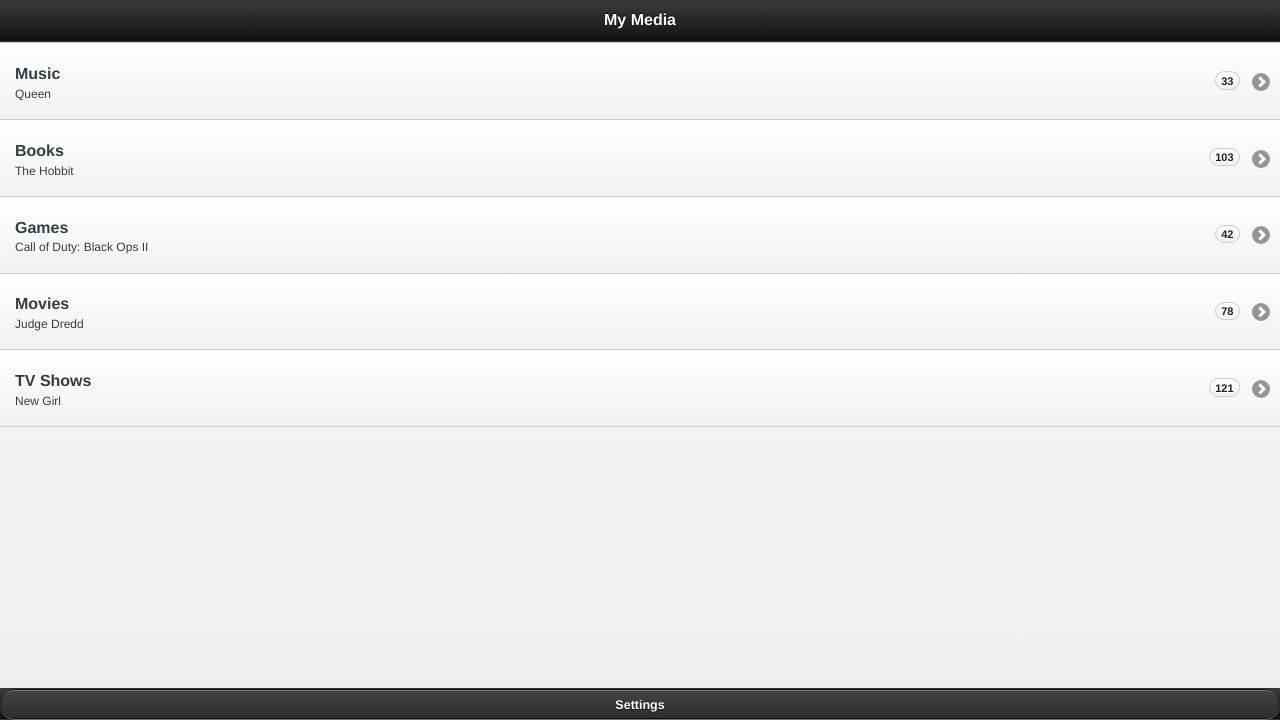
Repository: shavo0915/MediaCollectionApp
Page: MediaCollectionApp/assets/www/index.html
These files come from the project's save history. The page is drawn as it stood at one moment and after the next save; the edit follows.
The browser window is 1280 px wide. The pictures show the whole page.

Above is the page before, as saved 2013-01-31 22:37:56.

After the next save:
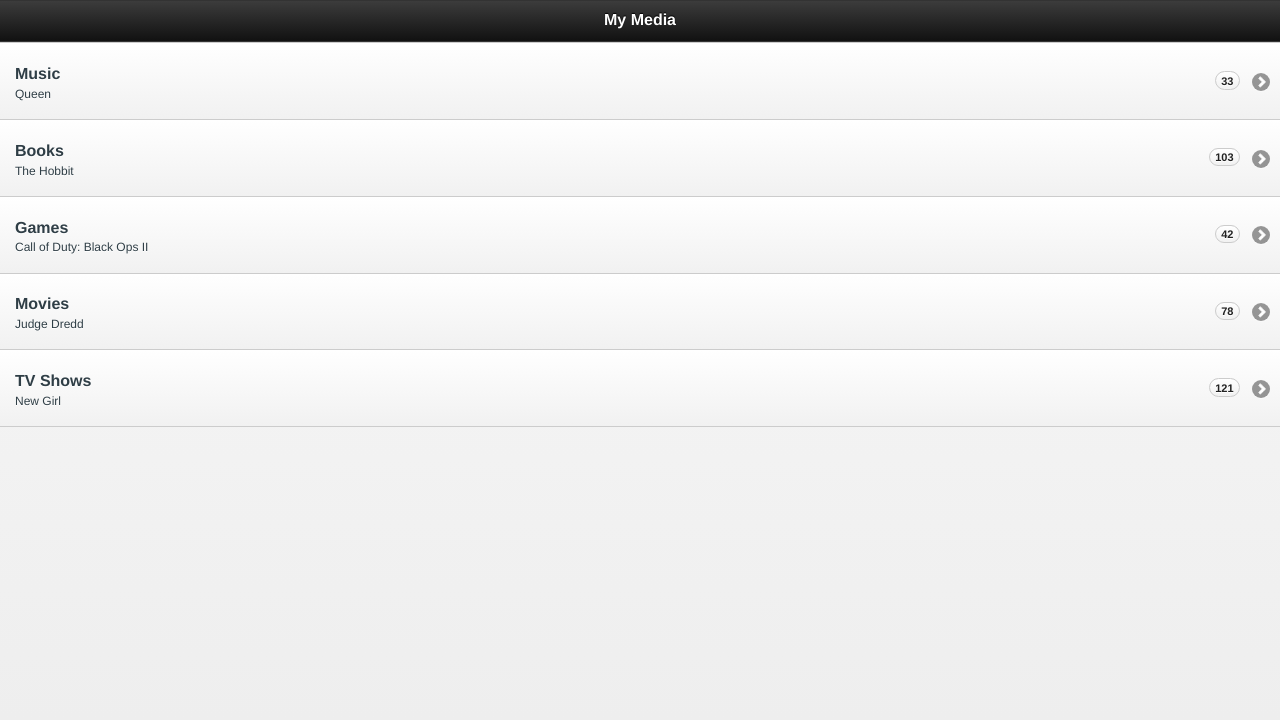
Saved 21 min 14 s later.
--- a/MediaCollectionApp/assets/www/index.html
+++ b/MediaCollectionApp/assets/www/index.html
@@ -57,9 +57,9 @@
 				</a>
 			</li>
 
-			<div data-role="footer" data-position="fixed">
+			<!--<div data-role="footer" data-position="fixed">
 				<a href="" data-role="button" data-theme="a" data-inline="false">Settings</a>
-			</div>
+			</div>-->
 
 		</ul>
 
